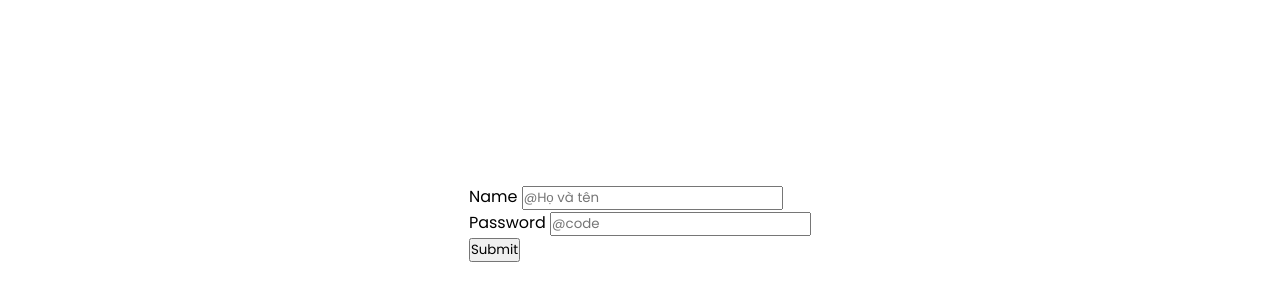
Repository: TruongVu299/Nhom21_NguyenThiNgocLam_DoTruongVu
Page: SourcesCode/index2.html
These files come from the project's save history. The page is drawn as it stood at one moment and after the next save; the edit follows.
The browser window is 1280 px wide. The pictures show the whole page.

Above is the page before, as saved 2023-04-22 02:48:59.

After the next save:
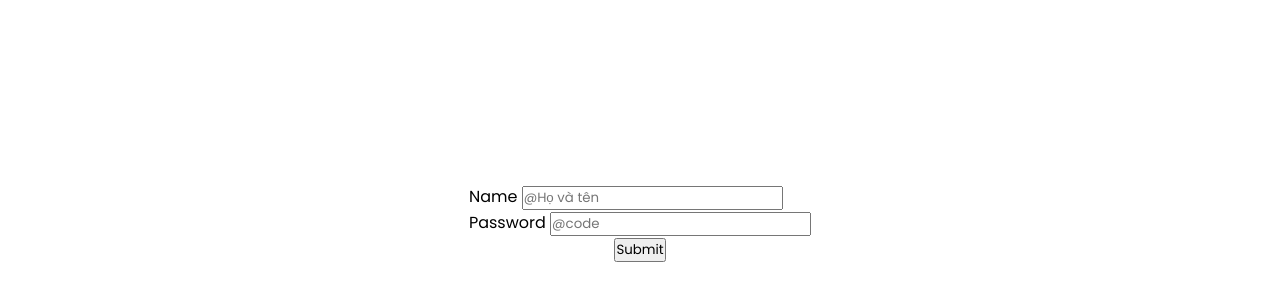
Saved 42 s later.
--- a/SourcesCode/style2.css
+++ b/SourcesCode/style2.css
@@ -14,6 +14,5 @@
     margin-bottom: 50px;
 }
 #wrapper .h3 {
-   margin-left: auto;
-   margin-right: auto;
+   text-align: center;
 }

After the save that followed:
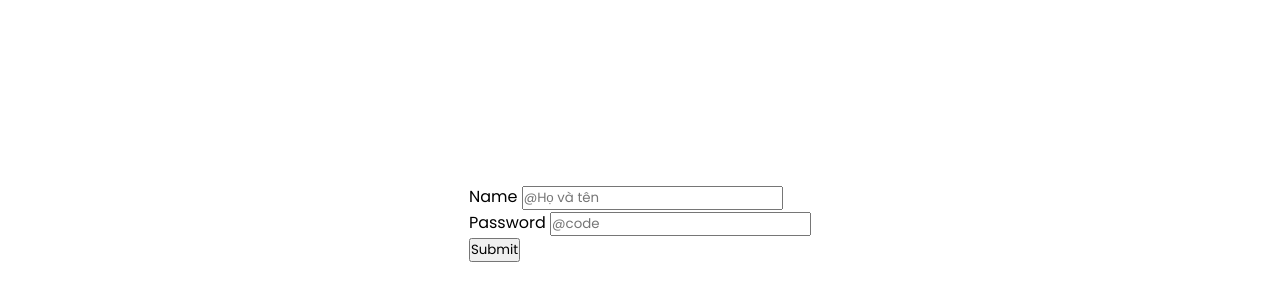
Saved 24 s later.
--- a/SourcesCode/style2.css
+++ b/SourcesCode/style2.css
@@ -14,5 +14,5 @@
     margin-bottom: 50px;
 }
 #wrapper .h3 {
-   text-align: center;
+
 }
